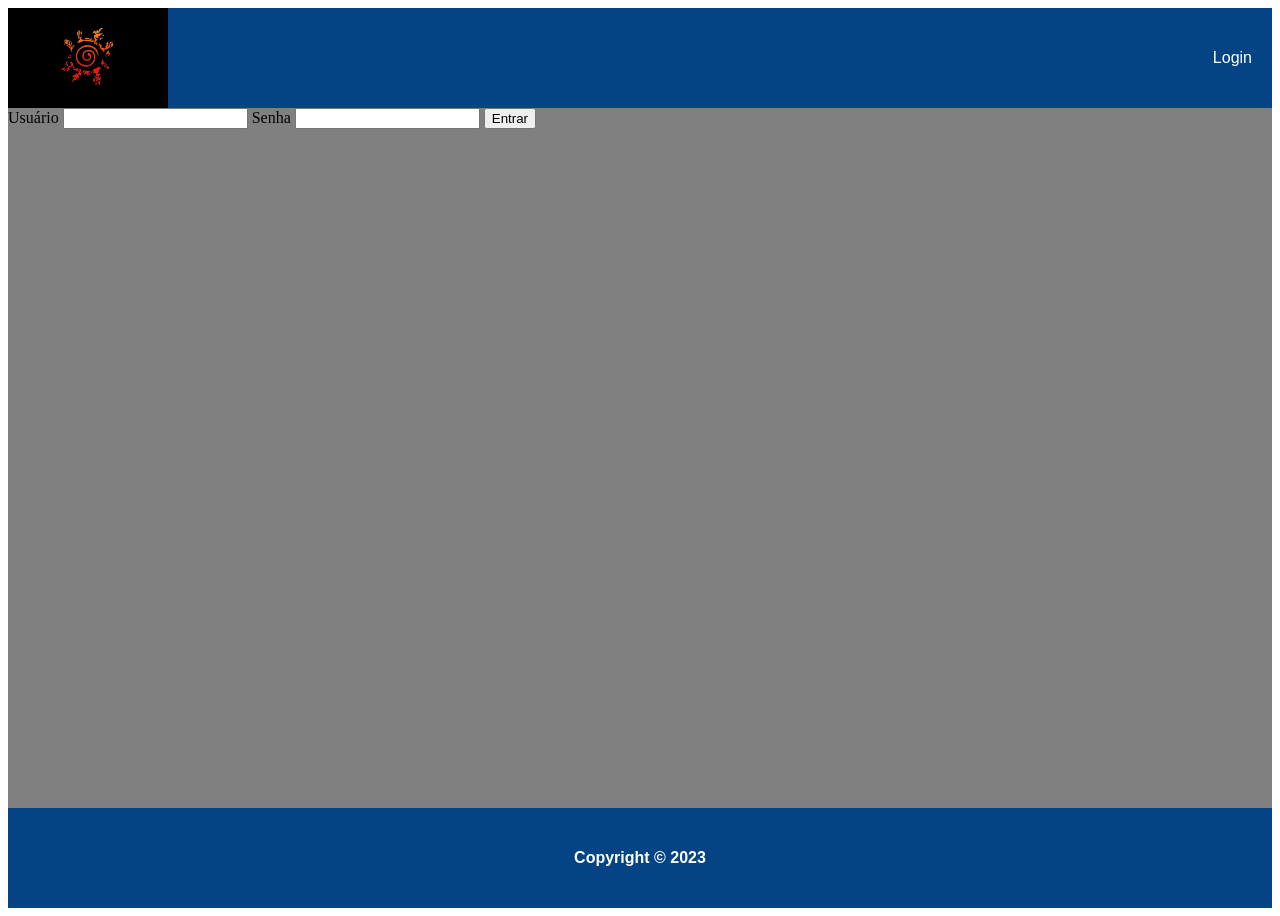
Repository: Jvmferreira/projeto-final-
Page: http://localhost/FinalWeb/
The author's editor kept a copy of each file at every save. The page is drawn from the files as they stood at one save, then again after the next save.
The browser window is 1280 px wide. The pictures show the whole page.
The page is served by Tomcat 9.

Above is the page before, as saved 2023-04-10 14:05:45.

After the next save:
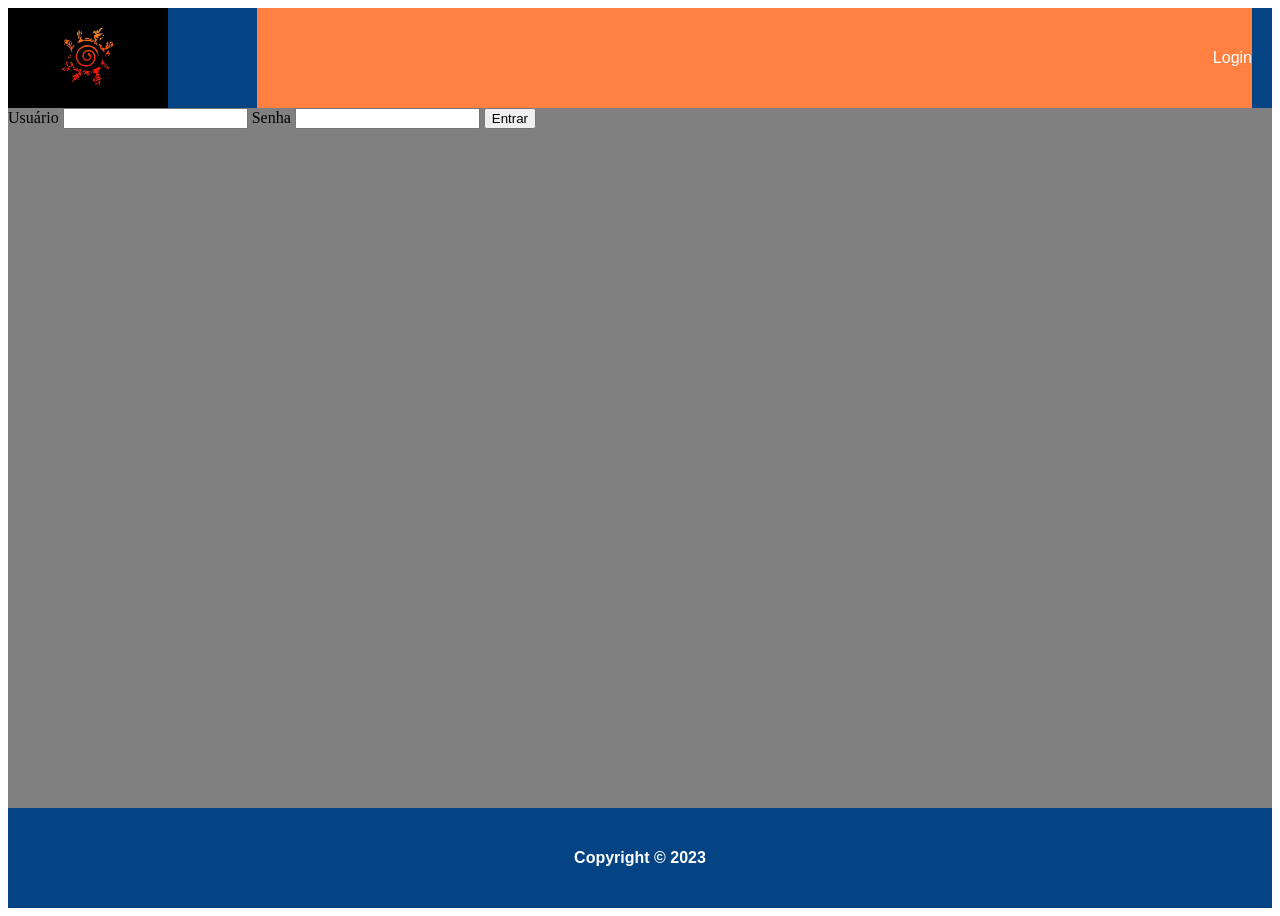
Saved 21 h 24 min later.
--- a/FinalWeb/src/main/webapp/css/estilo.css
+++ b/FinalWeb/src/main/webapp/css/estilo.css
@@ -17,7 +17,7 @@
 #menu {
 	display: flex;
 	width: 80%;
-	background-color: #044384;
+	background-color: #ff8040;
 	color: white;
 	font-family: Arial;
 	align-items: center;
